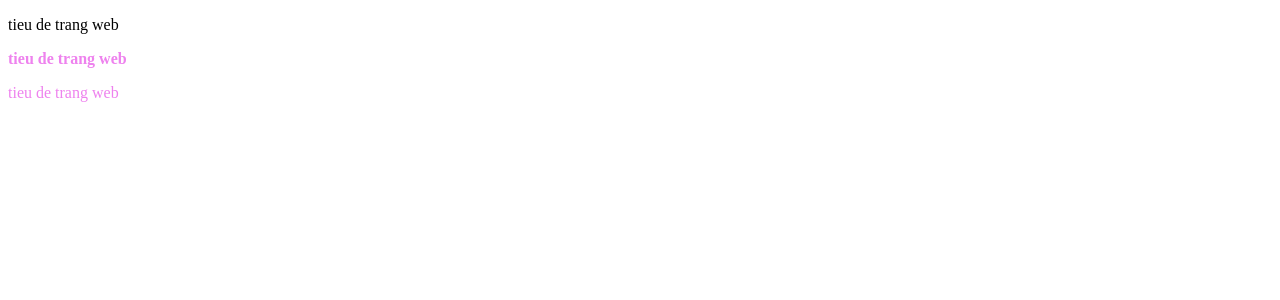
Repository: quocanh1010/quocanh1010.github.io
Page: Front End bai 1 2/index.html
These files come from the project's save history. The page is drawn as it stood at one moment and after the next save; the edit follows.
The browser window is 1280 px wide. The pictures show the whole page.

Above is the page before, as saved 2021-04-16 20:31:19.

After the next save:
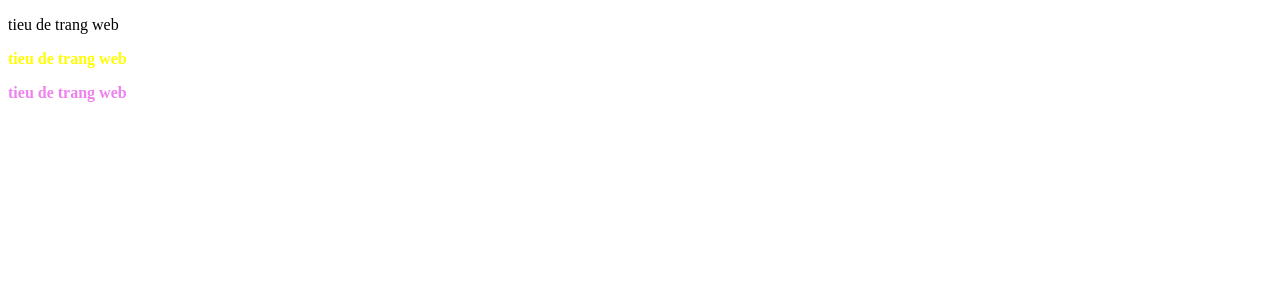
Saved 13 s later.
--- a/Front End bai 1 2/index.html
+++ b/Front End bai 1 2/index.html
@@ -13,10 +13,7 @@
             color:red;
             background: rgb(38, 95, 117);
         }
-        .mau-vang {
-            font-weight: 800;
-            color: violet;
-        }
+
         .font-other {
             font-weight: 400;
         }
@@ -24,7 +21,10 @@
         #classic-color {
             color: violet;
         }
-
+        .mau-vang {
+            font-weight: 800;
+            color: yellow;
+        }
     </style>
 
 </head>
